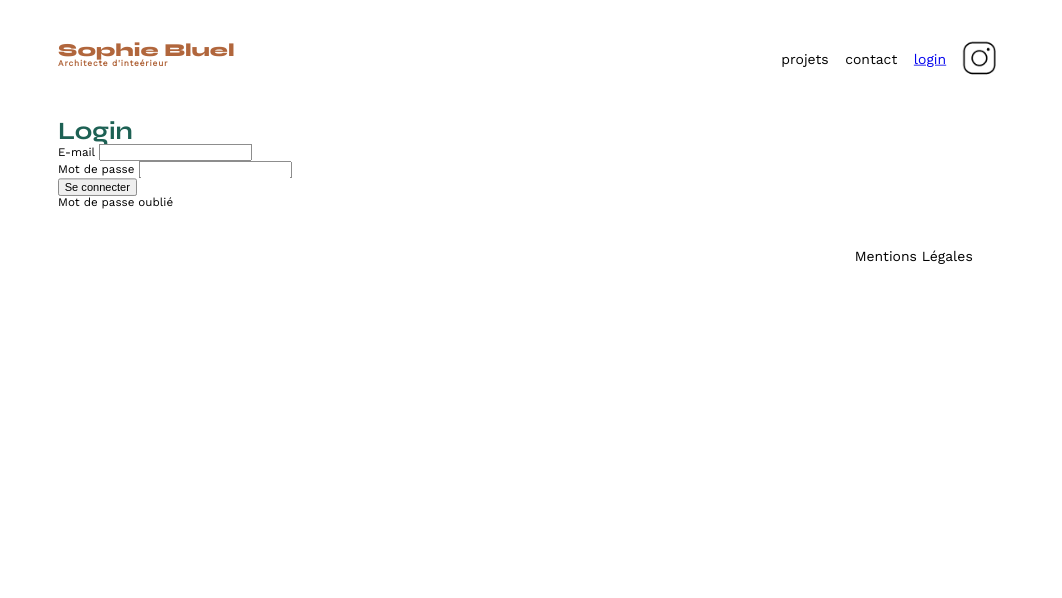
Repository: ByteVoyageur/OC-P6
Page: FrontEnd/index.html
The author's editor kept a copy of each file at every save. The page is drawn from the files as they stood at one save, then again after the next save.
The browser window is 1280 px wide. The pictures show the whole page, at 83% of full size.
The page's requests for data from a server got no answer.

Above is the page before, as saved 2023-10-19 18:49:45.

After the next save:
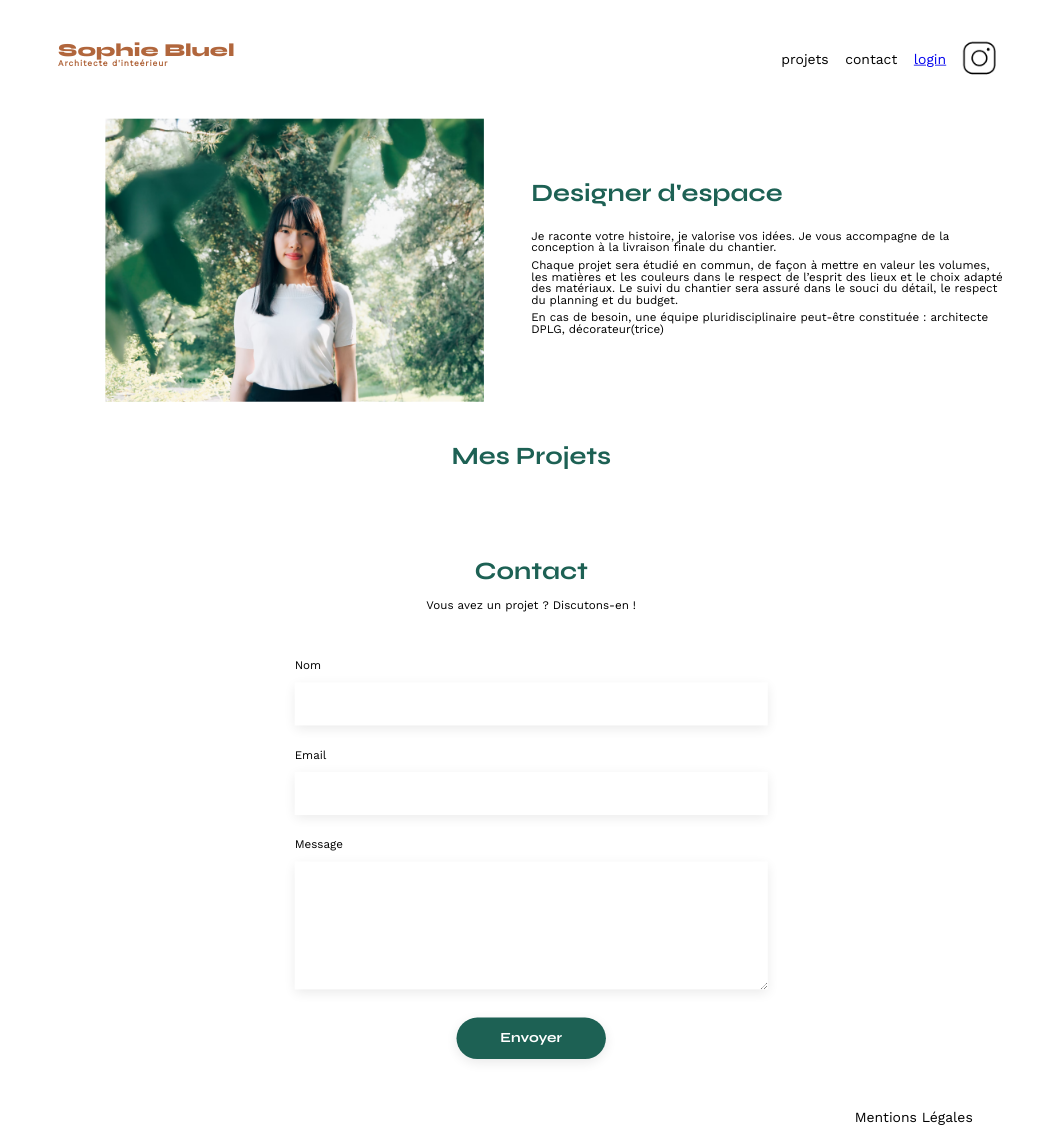
Console error: TypeError: Cannot read properties of null (reading 'addEventListener')
Saved 31 s later.
--- a/FrontEnd/index.html
+++ b/FrontEnd/index.html
@@ -30,27 +30,45 @@
 		</nav>
 	</header>
 	<main>
-		<section id="login-section">
-			<div class="login-content">
-				<h2>Login</h2>
-				<form id="login-page-form">
-					<div class="login-field-group">
-						<div id="error-message" style="color: red; display: none;"></div>
-						<!-- Error message placeholder -->
+		<section id="introduction">
+			<figure>
+				<img src="./assets/images/sophie-bluel.png" alt="">
+			</figure>
+			<article>
+				<h2>Designer d'espace</h2>
+				<p>Je raconte votre histoire, je valorise vos idées. Je vous accompagne de la conception à la livraison
+					finale du chantier.</p>
+				<p>Chaque projet sera étudié en commun, de façon à mettre en valeur les volumes, les matières et les
+					couleurs dans le respect de l’esprit des lieux et le choix adapté des matériaux. Le suivi du
+					chantier sera assuré dans le souci du détail, le respect du planning et du budget.</p>
+				<p>En cas de besoin, une équipe pluridisciplinaire peut-être constituée : architecte DPLG,
+					décorateur(trice)</p>
+			</article>
+		</section>
+		<section id="portfolio">
+			<div id="portfolio-header">
+				<h2>Mes Projets</h2>
+				<i class="fa-regular fa-pen-to-square"></i>
+				<button id="editGalleryButton">Modifier</button>
+			</div>
 
-						<label for="user-email">E-mail</label>
-						<input type="text" id="user-email" name="username" required>
-					</div>
-					<div class="login-field-group">
-						<label for="user-password">Mot de passe</label>
-						<input type="password" id="user-password" name="password" required>
-					</div>
-					<div class="login-submit-button">
-						<button type="submit">Se connecter</button>
-					</div>
-				</form>
-				<a id="forgot-password-link">Mot de passe oublié</a>
+			<div id="category-buttons">
 			</div>
+			<div class="gallery">
+			</div>
+		</section>
+		<section id="contact">
+			<h2>Contact</h2>
+			<p>Vous avez un projet ? Discutons-en !</p>
+			<form action="#" method="post">
+				<label for="name">Nom</label>
+				<input type="text" name="name" id="name">
+				<label for="email">Email</label>
+				<input type="email" name="email" id="email">
+				<label for="message">Message</label>
+				<textarea name="message" id="message" cols="30" rows="10"></textarea>
+				<input type="submit" value="Envoyer">
+			</form>
 		</section>
 	</main>
 
